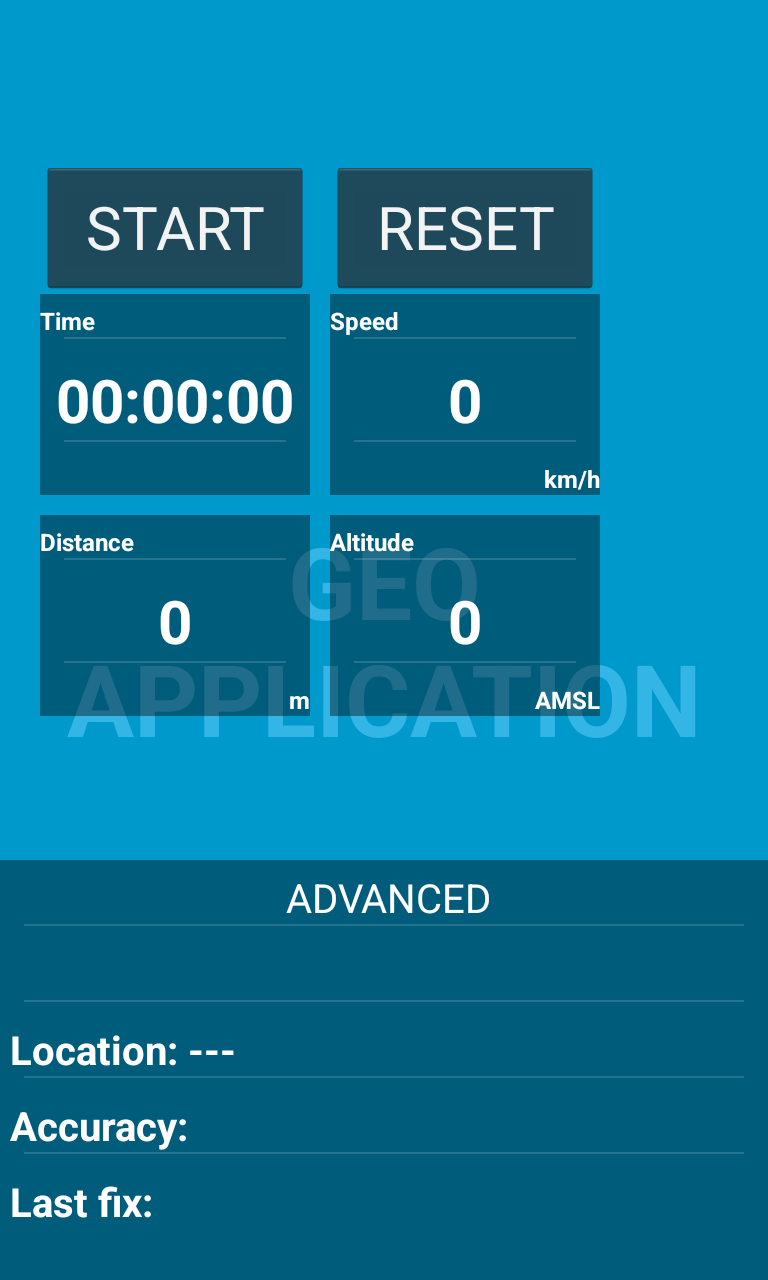
Repository: sebastianR1001/GeoApplication
Layout: GeoApplication/res/layout/activity_fullscreen.xml
The author's editor kept a copy of each file at every save. The layout is drawn from the files as they stood at one save, then again after the next save.
It is drawn on a 768 x 1280 px phone screen (xhdpi) without system bars, with theme FullscreenTheme; the app's code is not run.

Above is the layout before, as saved 2014-10-31 19:13:24.

### GeoApplication/res/layout/activity_fullscreen.xml
<FrameLayout xmlns:android="http://schemas.android.com/apk/res/android"
    xmlns:tools="http://schemas.android.com/tools"
    android:layout_width="match_parent"
    android:layout_height="match_parent"
    android:background="#0099cc"
    tools:context="geo.geoapplication.FullscreenActivity" >

    <!--
         The primary full-screen view. This can be replaced with whatever view
         is needed to present your content, e.g. VideoView, SurfaceView,
         TextureView, etc.
    -->

    <TextView
        android:id="@+id/fullscreen_content"
        android:layout_width="match_parent"
        android:layout_height="match_parent"
        android:gravity="center"
        android:keepScreenOn="true"
        android:text="@string/geo_application"
        android:textColor="#33b5e5"
        android:textSize="50sp"
        android:textStyle="bold" />

     <TableLayout
        android:layout_width="wrap_content"
        android:layout_height="wrap_content"
        android:layout_marginTop="80dp"
        android:layout_marginLeft="10dp"
        android:layout_marginRight="10dp"  >

         <TableRow
            android:id="@+id/tableRow0"
            android:layout_width="wrap_content"
            android:layout_height="wrap_content"
            >

            <Button
		        android:id="@+id/startButton"
		        android:layout_width="135dp"
		        android:layout_height="67dp"
		        android:layout_marginLeft="10dp"
		        android:textSize="30sp"
		        android:text="@string/startButton" />

		     <Button
		        android:id="@+id/resetButton"
		        android:layout_width="135dp"
		        android:layout_height="67dp"
		        android:layout_marginRight="10dp"
		        android:layout_marginLeft="10dp"
		        android:textSize="30sp"
		        android:text="@string/resetButton" />

        </TableRow>

        <TableRow
            android:id="@+id/tableRow1"
            android:layout_width="wrap_content"
            android:layout_height="wrap_content"
            >

            <LinearLayout
		        android:id="@+id/timeLayout"
		        style="?metaButtonBarStyle"
		        android:layout_width="wrap_content"
		        android:layout_height="wrap_content"
		        android:layout_weight="5"
		        android:layout_marginLeft="10dp"
		        android:background="@color/black_overlay"
		        android:orientation="vertical"
		        tools:ignore="UselessParent" >

			    <TextView
			        android:layout_width="match_parent"
			        android:layout_height="match_parent"
			        android:layout_marginTop="5dp"
			        android:text="@string/timeText"
			        android:id="@+id/timeText"
			        android:textColor="#ffffff"
			        android:textSize="12sp"
			        android:textStyle="bold" />

			    <TextView
			        android:layout_width="match_parent"
			        android:layout_height="match_parent"
			        android:text="@string/time"
			        android:id="@+id/time"
			        android:layout_marginTop="10dp"
			        android:gravity="center"
			        android:textColor="#ffffff"
			        android:textSize="30sp"
			        android:textStyle="bold" />

			    <TextView
			        android:layout_width="match_parent"
			        android:layout_height="match_parent"
			        android:layout_marginTop="10dp"
			        android:textColor="#ffffff"
			        android:textSize="12sp"
			        android:textStyle="bold" />

	        </LinearLayout>

			<LinearLayout
		        android:id="@+id/speedLayout"
		        style="?metaButtonBarStyle"
		        android:layout_width="wrap_content"
		        android:layout_height="wrap_content"
		        android:layout_weight="5"
		        android:layout_marginRight="10dp"
		        android:layout_marginLeft="10dp"
		        android:background="@color/black_overlay"
		        android:orientation="vertical"
		        tools:ignore="UselessParent" >

			    <TextView
			        android:layout_width="match_parent"
			        android:layout_height="match_parent"
			        android:layout_marginTop="5dp"
			        android:text="@string/speedText"
			        android:id="@+id/speedText"
			        android:textColor="#ffffff"
			        android:textSize="12sp"
			        android:textStyle="bold" />

			    <TextView
			        android:layout_width="match_parent"
			        android:layout_height="match_parent"
			        android:text="@string/speed"
			        android:id="@+id/speed"
			        android:layout_marginTop="10dp"
			        android:gravity="center"
			        android:textColor="#ffffff"
			        android:textSize="30sp"
			        android:textStyle="bold" />

			    <TextView
			        android:layout_width="match_parent"
			        android:layout_height="match_parent"
			        android:layout_marginTop="10dp"
			        android:text="@string/speedUnit"
			        android:id="@+id/speedUnit"
			        android:textColor="#ffffff"
			        android:textSize="12sp"
			        android:gravity="right"
			        android:textStyle="bold" />

	        </LinearLayout>

        </TableRow>

        <TableRow
            android:id="@+id/tableRow4"
            android:layout_width="wrap_content"
            android:layout_height="wrap_content"
            android:layout_marginTop="10dp"
            >

            <LinearLayout
		        android:id="@+id/distanceLayout"
		        style="?metaButtonBarStyle"
		        android:layout_width="wrap_content"
		        android:layout_height="wrap_content"
		        android:layout_weight="5"
		        android:layout_marginLeft="10dp"
		        android:background="@color/black_overlay"
		        android:orientation="vertical"
		        tools:ignore="UselessParent" >

			    <TextView
			        android:layout_width="match_parent"
			        android:layout_height="match_parent"
			        android:layout_marginTop="5dp"
			        android:text="@string/distanceText"
			        android:id="@+id/distanceText"
			        android:textColor="#ffffff"
			        android:textSize="12sp"
			        android:textStyle="bold" />

			    <TextView
			        android:layout_width="match_parent"
			        android:layout_height="match_parent"
			        android:text="@string/distance"
			        android:id="@+id/distance"
			        android:layout_marginTop="10dp"
			        android:gravity="center"
			        android:textColor="#ffffff"
			        android:textSize="30sp"
			        android:textStyle="bold" />

			    <TextView
			        android:layout_width="match_parent"
			        android:layout_height="match_parent"
			        android:layout_marginTop="10dp"
			        android:text="@string/distanceUnit"
			        android:id="@+id/distanceUnit"
			        android:textColor="#ffffff"
			        android:gravity="right"
			        android:textSize="12sp"
			        android:textStyle="bold" />

	        </LinearLayout>

			<LinearLayout
		        android:id="@+id/elevationLayout"
		        style="?metaButtonBarStyle"
		        android:layout_width="wrap_content"
		        android:layout_height="wrap_content"
		        android:layout_weight="5"
		        android:layout_marginRight="10dp"
		        android:layout_marginLeft="10dp"
		        android:background="@color/black_overlay"
		        android:orientation="vertical"
		        tools:ignore="UselessParent" >

			    <TextView
			        android:layout_width="match_parent"
			        android:layout_height="match_parent"
			        android:layout_marginTop="5dp"
			        android:text="@string/altitudeText"
			        android:id="@+id/altitudeText"
			        android:textColor="#ffffff"
			        android:textSize="12sp"
			        android:textStyle="bold" />

			    <TextView
			        android:layout_width="match_parent"
			        android:layout_height="match_parent"
			        android:text="@string/altitude"
			        android:id="@+id/altitude"
			        android:layout_marginTop="10dp"
			        android:gravity="center"
			        android:textColor="#ffffff"
			        android:textSize="30sp"
			        android:textStyle="bold" />

			    <TextView
			        android:layout_width="match_parent"
			        android:layout_height="match_parent"
			        android:layout_marginTop="10dp"
			        android:text="@string/altitudeUnit"
			        android:id="@+id/altitudeUnit"
			        android:textColor="#ffffff"
			        android:gravity="right"
			        android:textSize="12sp"
			        android:textStyle="bold" />

	        </LinearLayout>

        </TableRow>

    </TableLayout>

	   <LinearLayout
	        android:id="@+id/advanced"
	        style="?metaButtonBarStyle"
	        android:layout_width="match_parent"
	        android:layout_height="210dp"
	        android:layout_gravity="bottom|center_horizontal"
	        android:background="@color/black_overlay"
	        android:orientation="vertical"
	        tools:ignore="UselessParent" >

	       <TextView
		        android:id="@+id/advancedInformation"
		        android:layout_width="wrap_content"
                android:layout_height="wrap_content"
                android:text="@string/advancedText"
		        android:paddingTop="5dp"
		        android:paddingLeft="5dp"
		        android:layout_gravity="top|center_horizontal"
		        android:textColor="#ffffff"
		        android:textSize="20sp" />

	       <TextView
		        android:id="@+id/gpsInformation"
		        android:layout_width="wrap_content"
                android:layout_height="wrap_content"
		        android:paddingTop="10dp"
		        android:paddingLeft="5dp"
		        android:textColor="#ffffff"
		        android:textSize="20sp" />

		    <TextView
		        android:id="@+id/viewLocation"
		        android:layout_width="wrap_content"
		        android:layout_height="wrap_content"
		        android:paddingTop="10dp"
		        android:paddingLeft="5dp"
		        android:keepScreenOn="true"
		        android:text="@string/location"
		        android:textColor="#ffffff"
		        android:textSize="20sp"
		        android:textStyle="bold" />

	        <TextView
		        android:layout_width="wrap_content"
                android:layout_height="wrap_content"
		        android:paddingTop="10dp"
		        android:paddingLeft="5dp"
		        android:text="@string/accuracy"
		        android:id="@+id/accuracy"
		        android:textColor="#ffffff"
		        android:textSize="20sp"
		        android:textStyle="bold" />

	        <TextView
		        android:layout_width="wrap_content"
                android:layout_height="wrap_content"
		        android:paddingTop="10dp"
		        android:paddingLeft="5dp"
		        android:text="@string/last_fix"
		        android:id="@+id/lastFix"
		        android:textColor="#ffffff"
		        android:textSize="20sp"
		        android:textStyle="bold" />

        </LinearLayout>


    <FrameLayout
        android:layout_width="match_parent"
        android:layout_height="match_parent"
        android:fitsSystemWindows="true" >

        <LinearLayout
            android:id="@+id/fullscreen_content_controls"
            style="?metaButtonBarStyle"
            android:layout_width="match_parent"
            android:layout_height="wrap_content"
            android:layout_gravity="bottom|center_horizontal"
            android:background="@color/black_overlay"
            android:orientation="horizontal"
            tools:ignore="UselessParent" >
        </LinearLayout>

        <requestFocus />


    </FrameLayout>
    <!--
         This FrameLayout insets its children based on system windows using
         android:fitsSystemWindows.
    -->

</FrameLayout>

### GeoApplication/res/values/strings.xml
<?xml version="1.0" encoding="utf-8"?>
<resources>

    <string name="app_name">GeoApplication</string>
    <string name="dummy_button">Dummy Button</string>
    <string name="dummy_content">DUMMY\nCONTENT</string>
    <string name="geo_application">GEO\nAPPLICATION</string>

    <string name="location">Location: ---</string>

    <string name="speedText">Speed</string>
    <string name="speed">0</string>
    <string name="speedUnit">km/h</string>

    <string name="time">00:00:00</string>
    <string name="timeText">Time</string>

    <string name="accuracy">Accuracy:</string>

    <string name="distance">0</string>
    <string name="distanceUnit">m</string>
    <string name="distanceText">Distance</string>

    <string name="altitude">0</string>
    <string name="altitudeUnit">AMSL</string>
    <string name="altitudeText">Altitude</string>

    <string name="last_fix">Last fix:</string>

    <string name="userText">USER</string>
    <string name="passwordText">PASSWORD</string>

    <string name="startButton">START</string>
    <string name="stopButton">STOP</string>
    <string name="resetButton">RESET</string>
    <string name="loginButton">LOGIN</string>
    <string name="newAccountButton">REGISTRATION</string>

    <string name="advancedText">ADVANCED</string>

</resources>

Loaded but not shown: GeoApplication/res/values-v11/styles.xml (common file); GeoApplication/res/values/styles.xml (common file); GeoApplication/res/values/colors.xml (common file)

After the next save:
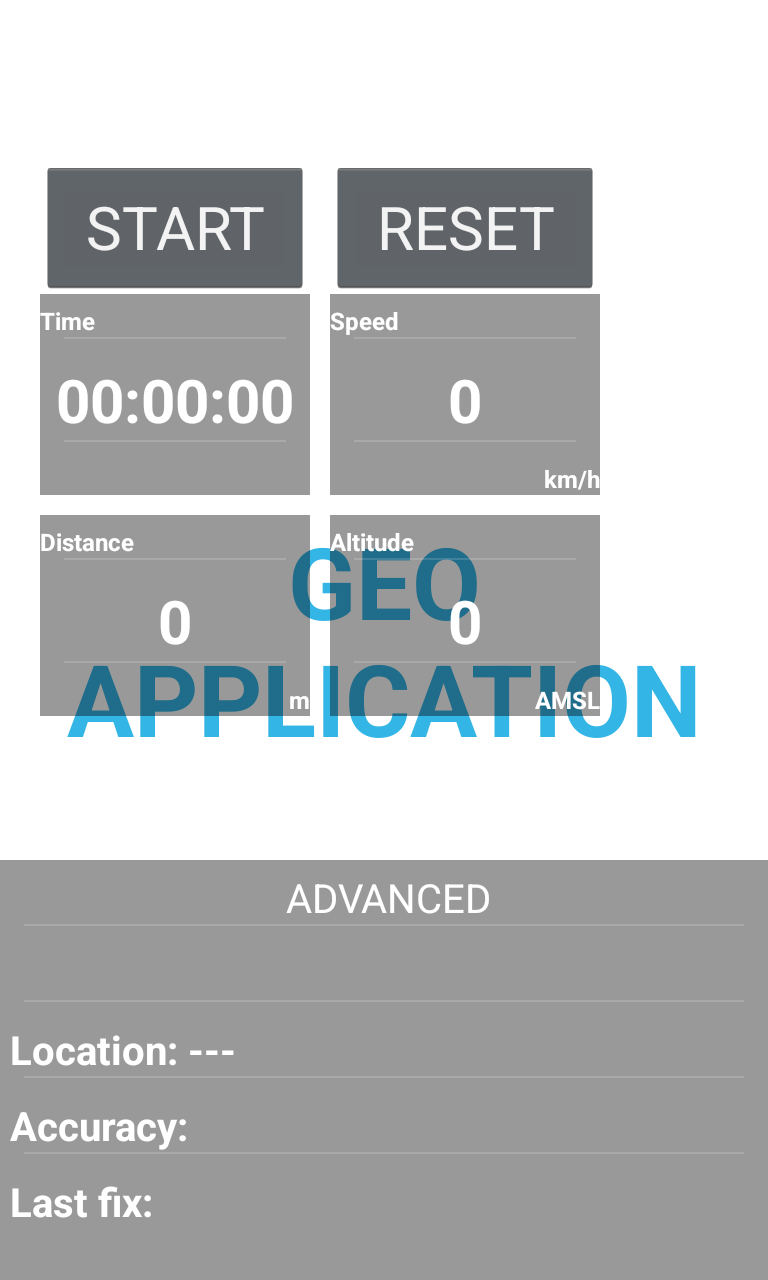
Saved 1 s later.
--- a/GeoApplication/res/layout/activity_fullscreen.xml
+++ b/GeoApplication/res/layout/activity_fullscreen.xml
@@ -2,7 +2,7 @@
     xmlns:tools="http://schemas.android.com/tools"
     android:layout_width="match_parent"
     android:layout_height="match_parent"
-    android:background="#0099cc"
+    android:background="@"
     tools:context="geo.geoapplication.FullscreenActivity" >
 
     <!--
